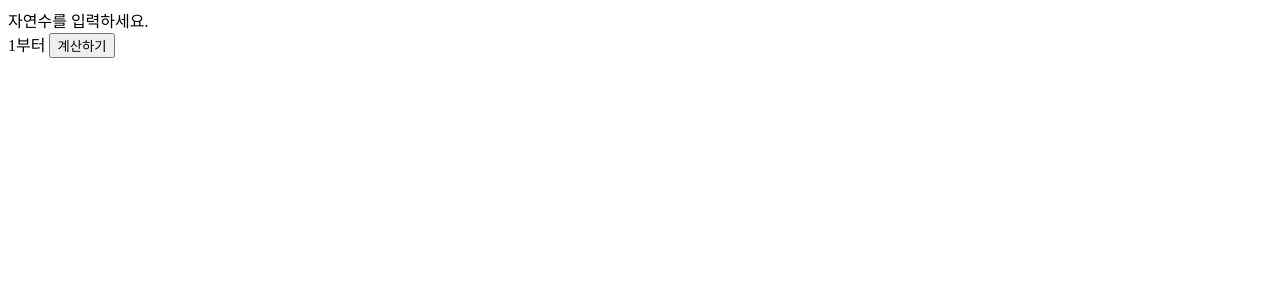
Repository: kimfunn/AI-Platform-
Page: workplace(0518)/14_JSPtest/WebContent/add.html
An editor plug-in stored every save of this project. The page is shown before and after the next save, followed by the edit.
The browser window is 1280 px wide. The pictures show the whole page.

Above is the page before, as saved 2021-06-23 04:29:38.

### workplace(0518)/14_JSPtest/WebContent/add.html
<!DOCTYPE html>
<html>
<head>
<meta charset="utf-8">
<title>Insert title here</title>
</head>
<body>
	자연수를 입력하세요.
	<form action = 'add.jsp'>
		1부터 <inpt name='num'>
		<input type ='submit' value='계산하기'>
	</form>
</body>
</html>

After the next save:
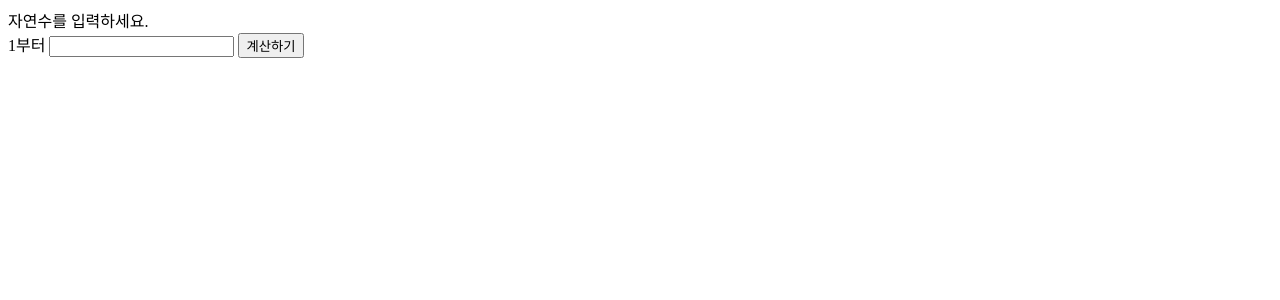
Saved 40 s later.
--- a/workplace(0518)/14_JSPtest/WebContent/add.html
+++ b/workplace(0518)/14_JSPtest/WebContent/add.html
@@ -7,7 +7,7 @@
 <body>
 	자연수를 입력하세요.
 	<form action = 'add.jsp'>
-		1부터 <inpt name='num'>
+		1부터 <input name='num'>
 		<input type ='submit' value='계산하기'>
 	</form>
 </body>
